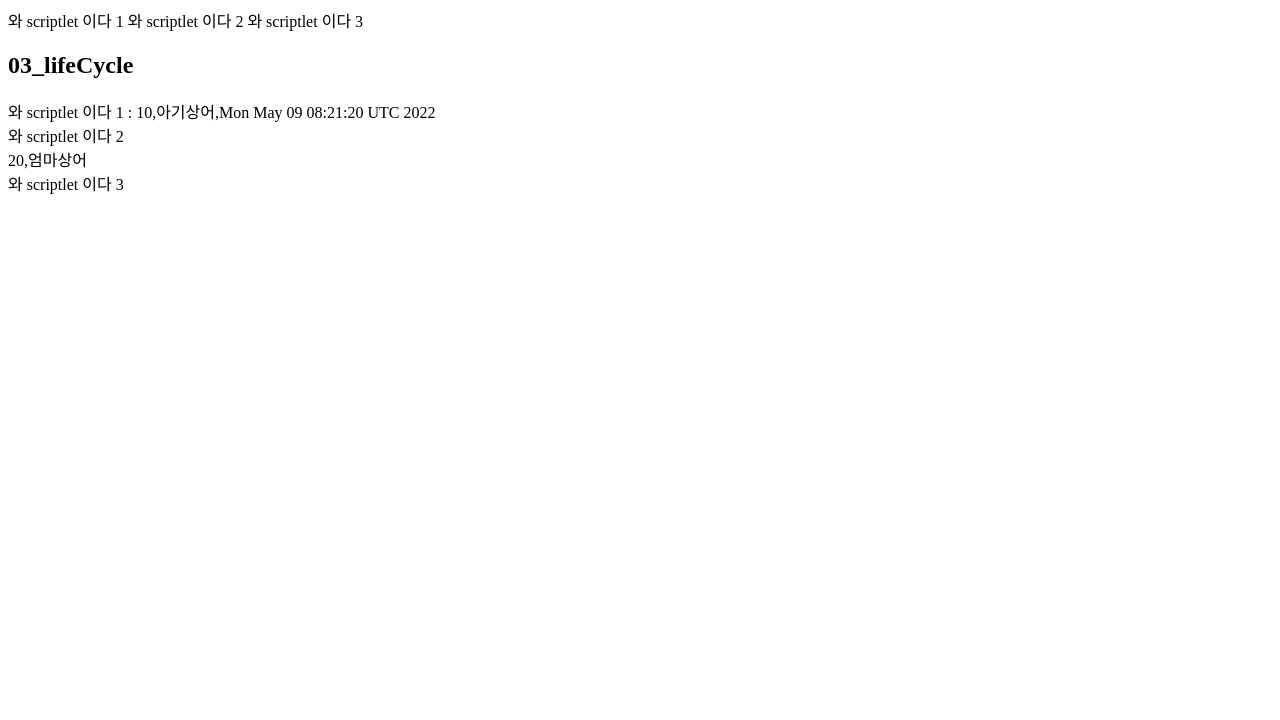
Repository: kimjihyeon9/202205_greenStudy-JSP-
Page: http://localhost/jspProject/basice/03_lifeCycle.jsp
The author's editor kept a copy of each file at every save. The page is drawn from the files as they stood at one save, then again after the next save.
The browser window is 1280 px wide. The pictures show the whole page.
The page is served by Tomcat 9.

Above is the page before, as saved 2022-05-09 09:17:26.

### jspProject/src/main/webapp/basice/03_lifeCycle.jsp
<%@page import="java.util.Date"%>
<%@ page language="java" contentType="text/html; charset=UTF-8"
    pageEncoding="UTF-8"%>
<% // 디렉티브 구간 %>
<%!
	// class 03_lifeCycle_jsp { 파일명을 그대로 쫓아간다

	// }

	// declaration -- 클래스 정의부

	// 멤버 변수
	int a = 10;
	String b = "아기상어";
	Date now = new Date();

	// 메소드
	void meth_1(){
		System.out.println("meth_1() 실행");
	}

	void meth_2(){
		System.out.println("meth_2() 실행");
	}

	/*
	if(true){
		System.out.println("참이지롱");
	} */
%>
<%
	// scriptlet : _jspService() 메소드 정의 ::> main 과 같다
	// 실제 코드 실행이 된다.
	out.println("와 scriptlet 이다 1");

	out.println("와 scriptlet 이다 2");

	out.println("와 scriptlet 이다 3");
%>
<!DOCTYPE html>
<html>
<head>
<meta charset="UTF-8">
<title>03_lifeCycle</title>
</head>
<body>

<h2>03_lifeCycle</h2>
<%
	// scriptlet : _jspService() 메소드 정의 ::> main 과 같다
	// 실제 코드 실행이 된다.
	out.println("와 scriptlet 이다 1 : " + a + "," + b + "," + now + "<br>");
	int aa = 20;
	String bb = "엄마상어";

	out.println("와 scriptlet 이다 2<br>" + aa + "," + bb + "<br>");
	class AAA{

	}

	out.println("와 scriptlet 이다 3");

	/* 메소드에서 메소드 정의 불가
	void meth_3(){
		out.println("meth_3() 실행");
	} */

	for(int i = 0; i < 10; i++){


%>
<%--<div><% out.println(i); %></div> --%>
<% } %>
</body>
</html>

After the next save:
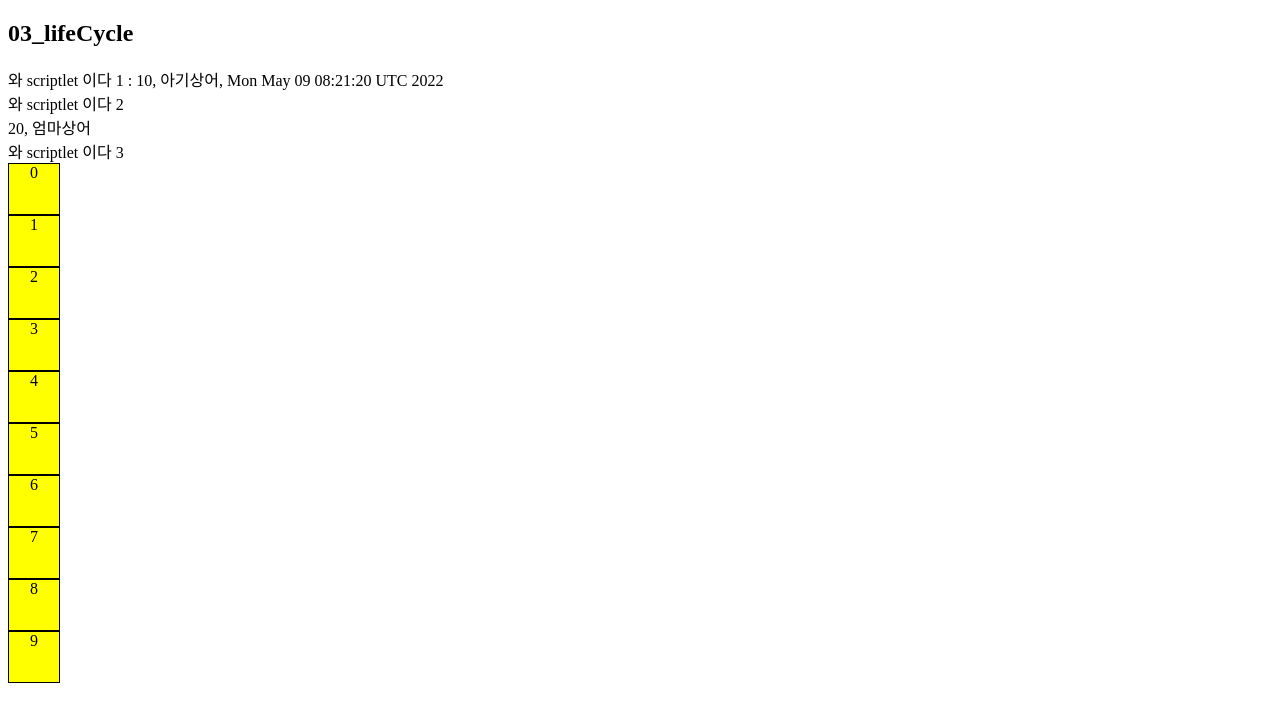
Saved 5 min 23 s later.
--- a/jspProject/src/main/webapp/basice/03_lifeCycle.jsp
+++ b/jspProject/src/main/webapp/basice/03_lifeCycle.jsp
@@ -1,42 +1,33 @@
-<%@page import="java.util.Date"%>
+<%@page import="java.util.Date" %>
 <%@ page language="java" contentType="text/html; charset=UTF-8"
     pageEncoding="UTF-8"%>
-<% // 디렉티브 구간 %>
+<% // <%@ 은 디렉티브 구간 %>
 <%!
-	// class 03_lifeCycle_jsp { 파일명을 그대로 쫓아간다
+   // class 03_lifeCycle.jsp(){
 
-	// }
+   // }
 
-	// declaration -- 클래스 정의부
+   // declaration -- 클래스 정의부
 
-	// 멤버 변수
-	int a = 10;
-	String b = "아기상어";
-	Date now = new Date();
+   // 멤버 변수
+   int a = 10;
+   String b = "아기상어";
+   Date now = new Date();
+   void meth_1(){
+      System.out.println("meth_1() 실행");
+   }
+   void meth_2(){
+      System.out.println("meth_2() 실행");
+   }
 
-	// 메소드
-	void meth_1(){
-		System.out.println("meth_1() 실행");
-	}
+   /* 직접적인 실행구문 작성 불가
 
-	void meth_2(){
-		System.out.println("meth_2() 실행");
-	}
+   if(true){
+   System.out.println("참이지롱");
 
-	/*
-	if(true){
-		System.out.println("참이지롱");
-	} */
+   */
 %>
-<%
-	// scriptlet : _jspService() 메소드 정의 ::> main 과 같다
-	// 실제 코드 실행이 된다.
-	out.println("와 scriptlet 이다 1");
 
-	out.println("와 scriptlet 이다 2");
-
-	out.println("와 scriptlet 이다 3");
-%>
 <!DOCTYPE html>
 <html>
 <head>
@@ -44,32 +35,42 @@
 <title>03_lifeCycle</title>
 </head>
 <body>
+<h2>03_lifeCycle</h2>
+<style>
+div{
+width:50px;
+height:50px;
+background: #ff0;
+border: 1px solid #000;
+text-align:center;
+}
+</style>
+<%
+   // scriptlet : _jspService() 메소드 정의 ::> main 과 같다.
+   // 실제 코드 실행이 된다.
+   out.println("와 scriptlet 이다 1 : " + a + ", " + b + ", "+ now + "<br>");
+   int aa = 20;
+   String bb = "엄마상어";
+   out.println("와 scriptlet 이다 2<br>" + aa +", "+ bb + "<br>");
 
-<h2>03_lifeCycle</h2>
-<%
-	// scriptlet : _jspService() 메소드 정의 ::> main 과 같다
-	// 실제 코드 실행이 된다.
-	out.println("와 scriptlet 이다 1 : " + a + "," + b + "," + now + "<br>");
-	int aa = 20;
-	String bb = "엄마상어";
+   class AAA{
 
-	out.println("와 scriptlet 이다 2<br>" + aa + "," + bb + "<br>");
-	class AAA{
-
-	}
-
-	out.println("와 scriptlet 이다 3");
-
-	/* 메소드에서 메소드 정의 불가
-	void meth_3(){
-		out.println("meth_3() 실행");
-	} */
-
-	for(int i = 0; i < 10; i++){
+   }
+   out.println("와 scriptlet 이다 3<br>");
+   /* 메소드에서 메소드 정의 불가
+   void meth_3(){
+      out.println("meth_3() 실행");
+   }
+   */
+   for(int i =0; i<10; i++){
 
 
 %>
-<%--<div><% out.println(i); %></div> --%>
+<%--- <div><% out.println(i); %></div>
+
+<%= 은 out.println 대신 사용
+--%>
+<div><%=i %></div>
 <% } %>
 </body>
 </html>
